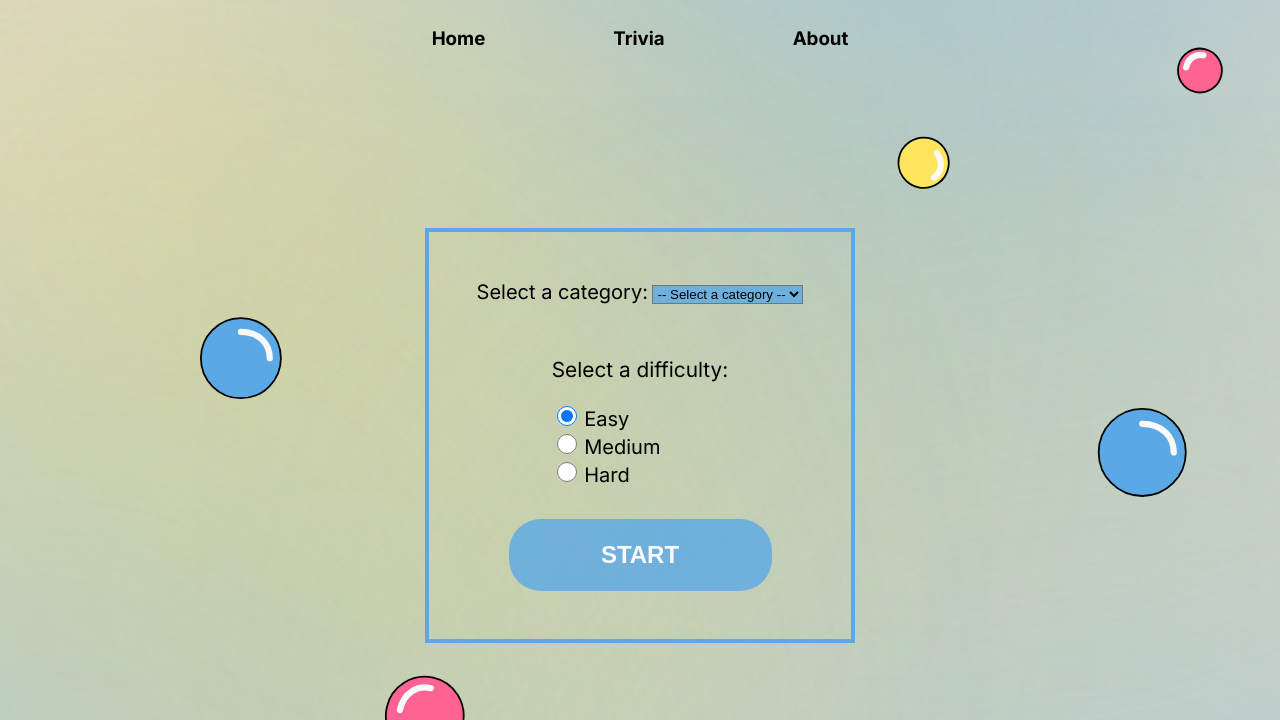
Repository: sierralaurent/SmartiePants
Page: trivia.html
An editor plug-in stored every save of this project. The page is shown before and after the next save, followed by the edit.
The browser window is 1280 px wide. The pictures show the whole page.
The page's requests for data from a server got no answer.

Above is the page before, as saved 2023-05-21 20:45:46.

After the next save:
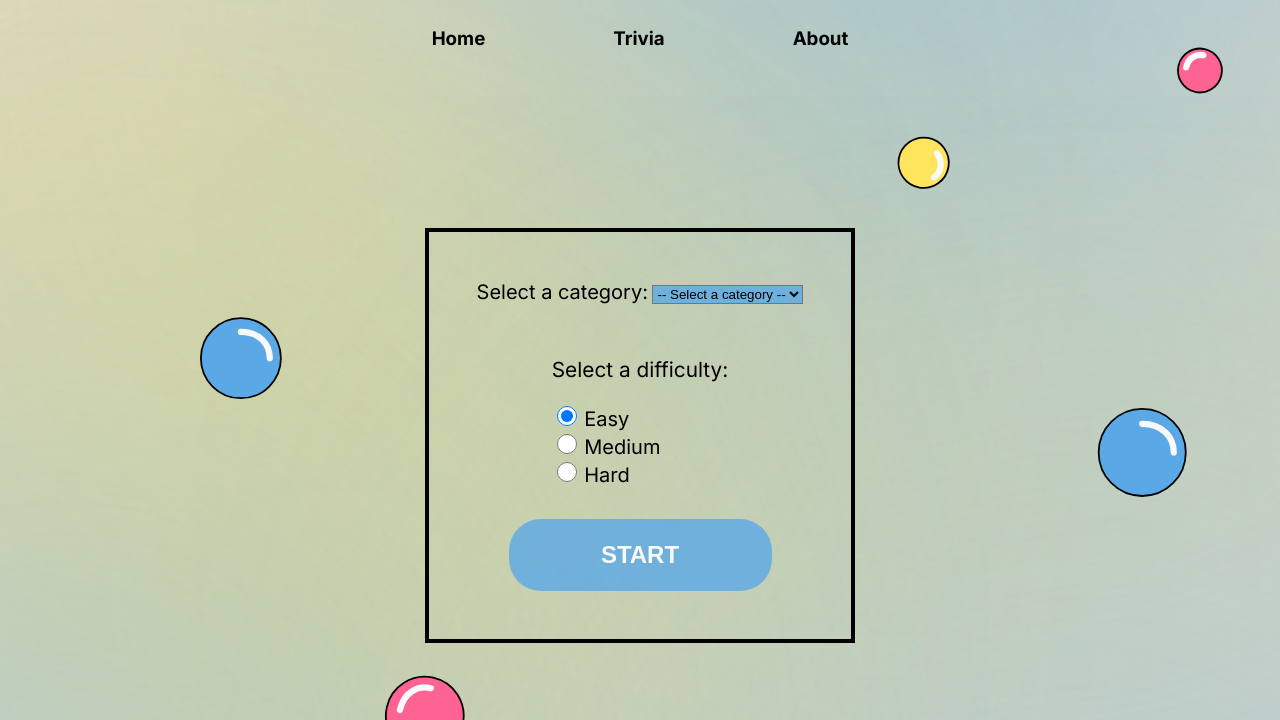
Saved 2 min 26 s later.
--- a/trivia.css
+++ b/trivia.css
@@ -220,7 +220,6 @@ select {
 
 .settingsContainer{
 border: 0.3rem solid;
-border-color: #5AA9E6;
 padding: 3rem;
 display: flex;
 justify-content: center;
